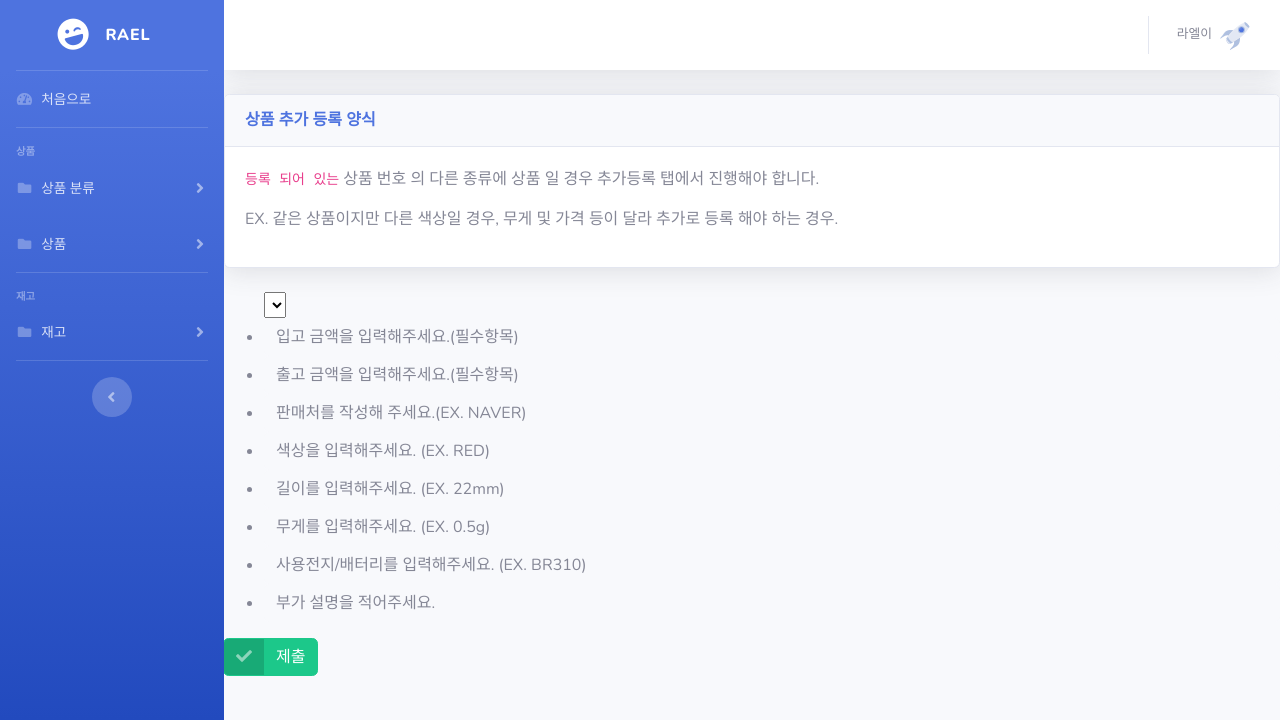
Repository: sww232/springRaelProject
Page: http://localhost/rael/WEB-INF/views/product/product_insert_detail.jsp
An editor plug-in stored every save of this project. The page is shown before and after the next save, followed by the edit.
The browser window is 1280 px wide. The pictures show the whole page.
The page is served by Tomcat 9. Nobody is signed in. Other server files are loaded and not shown. The template is opened directly, without the code that normally fills it, so the values that code supplies are empty.

Above is the page before, as saved 2022-10-06 23:17:02.

### raelproject3/rael/src/main/webapp/WEB-INF/views/product/product_insert_detail.jsp
<%@ page language="java" contentType="text/html; charset=UTF-8" pageEncoding="UTF-8"%>
<%@ taglib uri="http://java.sun.com/jsp/jstl/core" prefix="c" %>
<%@ taglib prefix="sql" uri="http://java.sun.com/jsp/jstl/sql" %>
<%@ taglib prefix="fmt" uri="http://java.sun.com/jsp/jstl/fmt" %>
<!DOCTYPE html>
<html>
<head>
	    <meta name="viewport" content="width=device-width, initial-scale=1, shrink-to-fit=no">
	    <meta name="description" content="">
	    <meta name="author" content="">
	    <meta charset="UTF-8">
			<title>메인</title>

		<link href="/vendor/fontawesome-free/css/all.min.css" rel="stylesheet" type="text/css">
	    <link
	        href="https://fonts.googleapis.com/css?family=Nunito:200,200i,300,300i,400,400i,600,600i,700,700i,800,800i,900,900i"
	        rel="stylesheet">

	    <!-- Custom styles for this template -->
	    <link href="/css/sb-admin-2.min.css" rel="stylesheet">
	    <script src="/vendor/jquery/jquery.min.js"></script>
	    <script src="/vendor/bootstrap/js/bootstrap.bundle.min.js"></script>

	    <!-- Core plugin JavaScript-->
	    <script src="/vendor/jquery-easing/jquery.easing.min.js"></script>

	    <!-- Custom scripts for all pages-->
	    <script src="/js/sb-admin-2.min.js"></script>

	    <!-- Page level plugins -->
	    <script src="/vendor/datatables/jquery.dataTables.min.js"></script>
	    <script src="/vendor/datatables/dataTables.bootstrap4.min.js"></script>

	    <!-- Page level custom scripts -->
	    <script src="/js/demo/datatables-demo.js"></script>

	    <!-- Custom styles for this page -->
	    <link href="/vendor/datatables/dataTables.bootstrap4.min.css" rel="stylesheet">

	</head>
	<body id="page-top">
	<form>
		<div class="modal fade" id="moaModal1" tabindex="-1" role="dialog" aria-labelledby="exampleModalLabel" aria-hidden="true">

			<div class="modal-dialog" role="document">
				<div class="modal-content">
					<div class="modal-header">
						<h5 class="modal-title" id="exampleModalLabel">상품 등록을 위한 카테고리 선택</h5>
						<button class="close" type="button" data-dismiss="modal" aria-label="Close">
							<span aria-hidden="true">x</span>
						</button>
						</div>
						<div class="modal-body">
							<select name="categoryBox1" id="categoryBox1">
								<option value="defaultValue" selected></option>
								<c:forEach var="list" items="${categorynums}">
									<option value="${list}">
										${list}
									</option>
								</c:forEach>
							</select>
						</div>
					<div class="modal-footer">
						<button class="btn btn-primary" type="button" data-dismiss="modal">Cancel</button>
						<button class="btn btn-primary" type="submit" formaction="/product/product_insert">Choice</button>
					</div>
				</div>
			</div>
		</div>
		<div class="modal fade" id="moaModal2" tabindex="-1" role="dialog" aria-labelledby="exampleModalLabel" aria-hidden="true">

			<div class="modal-dialog" role="document">
				<div class="modal-content">
					<div class="modal-header">
						<h5 class="modal-title" id="exampleModalLabel">상품 추가 등록을 위한 카테고리 선택</h5>
						<button class="close" type="button" data-dismiss="modal" aria-label="Close">
							<span aria-hidden="true">x</span>
						</button>
						</div>
						<div class="modal-body">
							<select name="categoryBox2" id="categoryBox2">
								<option value="defaultValue" selected></option>
								<c:forEach var="list" items="${categorynums}">
									<option value="${list}">
										${list}
									</option>
								</c:forEach>
							</select>
						</div>
					<div class="modal-footer">
						<button class="btn btn-primary" type="button" data-dismiss="modal">Cancel</button>
						<button class="btn btn-primary" type="submit" formaction="/product/product_insert_detail">Choice</button>
					</div>
				</div>
			</div>
		</div>
		<div class="modal fade" id="moaModal3" tabindex="-1" role="dialog" aria-labelledby="exampleModalLabel" aria-hidden="true">

			<div class="modal-dialog" role="document">
				<div class="modal-content">
					<div class="modal-header">
						<h5 class="modal-title" id="exampleModalLabel">상품명/상세정보 수정을 위한 카테고리 선택</h5>
						<button class="close" type="button" data-dismiss="modal" aria-label="Close">
							<span aria-hidden="true">x</span>
						</button>
						</div>
						<div class="modal-body">
							<select name="categoryBox3" id="categoryBox3">
								<option value="defaultValue" selected></option>
								<c:forEach var="list" items="${categorynums}">
									<option value="${list}">
										${list}
									</option>
								</c:forEach>
							</select>
						</div>
					<div class="modal-footer">
						<button class="btn btn-primary" type="button" data-dismiss="modal">Cancel</button>
						<button class="btn btn-primary" type="submit" formaction="/product/product_update">Choice</button>
					</div>
				</div>
			</div>
		</div>
	</form>
	<div id="wrapper">
		 <ul class="navbar-nav bg-gradient-primary sidebar sidebar-dark accordion" id="accordionSidebar">

            <!-- Sidebar - Brand -->
            <a class="sidebar-brand d-flex align-items-center justify-content-center" href="/">
                <div class="sidebar-brand-icon rotate-n-15">
                    <i class="fas fa-laugh-wink"></i>
                </div>
                <div class="sidebar-brand-text mx-3">RAEL</div>
            </a>

            <!-- Divider -->
            <hr class="sidebar-divider my-0">

            <!-- Nav Item - Dashboard -->
            <li class="nav-item">
                <a class="nav-link" href="/">
                    <i class="fas fa-fw fa-tachometer-alt"></i>
                    <span>처음으로</span></a>
            </li>

            <!-- Divider -->
            <hr class="sidebar-divider">

            <!-- Heading -->
            <div class="sidebar-heading">
                상품
            </div>

            <!-- Nav Item - Pages Collapse Menu -->
            <li class="nav-item">
                <a class="nav-link collapsed" href="#" data-toggle="collapse" data-target="#collapseTwo"
                    aria-expanded="true" aria-controls="collapseTwo">
                    <i class="fas fa-fw fa-folder"></i>
                    <span>상품 분류</span>
                </a>
                <div id="collapseTwo" class="collapse" aria-labelledby="headingTwo" data-parent="#accordionSidebar">
                    <div class="bg-white py-2 collapse-inner rounded">
                        <h6 class="collapse-header">상풍 분류 탭</h6>
                        <a class="collapse-item" href="/product/category_select?page=1&recordSize=10&pageSize=10">상품 분류 조회</a>
                        <a class="collapse-item" href="/product/category_insert?insertresult=0">상품 분류 등록</a>
                        <a class="collapse-item" href="/product/category_update">상품 분류 수정</a>
                    </div>
                </div>
            </li>

            <!-- Nav Item - Utilities Collapse Menu -->
            <li class="nav-item">
                <a class="nav-link collapsed" href="#" data-toggle="collapse" data-target="#collapseUtilities"
                    aria-expanded="true" aria-controls="collapseUtilities">
                    <i class="fas fa-fw fa-folder"></i>
                    <span>상품</span>
                </a>
                <div id="collapseUtilities" class="collapse" aria-labelledby="headingUtilities"
                    data-parent="#accordionSidebar">
                    <div class="bg-white py-2 collapse-inner rounded">
                        <h6 class="collapse-header">상품 탭</h6>
                        <a class="collapse-item" href="/product/all_select?page=1&recordSize=10&pageSize=10">상품 조회</a>
                        <a class="collapse-item" href="#" data-toggle="modal" data-target="#moaModal1">
							<i class="fas fa-arrow-right"></i>상품 등록
						</a>
						<a class="collapse-item" href="#" data-toggle="modal" data-target="#moaModal2">
							<i class="fas fa-arrow-right"></i>상품 추가 등록
						</a>
						<a class="collapse-item" href="#" data-toggle="modal" data-target="#moaModal3">
							<i class="fas fa-arrow-right"></i>상품명/상세정보 수정
						</a>
                    </div>
                </div>
            </li>

            <!-- Divider -->
            <hr class="sidebar-divider">

            <!-- Heading -->
            <div class="sidebar-heading">
                재고
            </div>

            <!-- Nav Item - Pages Collapse Menu -->
            <li class="nav-item">
                <a class="nav-link collapsed" href="#" data-toggle="collapse" data-target="#collapsePages"
                    aria-expanded="true" aria-controls="collapsePages">
                    <i class="fas fa-fw fa-folder"></i>
                    <span>재고</span>
                </a>
                <div id="collapsePages" class="collapse" aria-labelledby="headingPages" data-parent="#accordionSidebar">
                    <div class="bg-white py-2 collapse-inner rounded">
                        <h6 class="collapse-header">재고</h6>
                        <a class="collapse-item" href="/stock/stock_select?page=1&recordSize=10&pageSize=10">재고 조회 및 입/출고</a>
                        <div class="collapse-divider"></div>
                        <h6 class="collapse-header">재고 입/출고</h6>
                        <a class="collapse-item" href="/stock/stock_history?page=1&recordSize=10&pageSize=10">내역</a>
                        <a class="collapse-item" href="/stock/stock_history_cancel?page=1&recordSize=10&pageSize=10">취소</a>
                    </div>
                </div>
            </li>

            <!-- Divider -->
            <hr class="sidebar-divider d-none d-md-block">

            <!-- Sidebar Toggler (Sidebar) -->
            <div class="text-center d-none d-md-inline">
                <button class="rounded-circle border-0" id="sidebarToggle"></button>
            </div>

        </ul>

        <!-- End of Sidebar -->

        <!-- Content Wrapper -->
        <div id="content-wrapper" class="d-flex flex-column">

            <!-- Main Content -->
            <div id="content">

                <!-- Topbar -->
                <nav class="navbar navbar-expand navbar-light bg-white topbar mb-4 static-top shadow">

                    <!-- Sidebar Toggle (Topbar) -->
                    <form class="form-inline">
                        <button id="sidebarToggleTop" class="btn btn-link d-md-none rounded-circle mr-3">
                            <i class="fa fa-bars"></i>
                        </button>
                    </form>

                    <!-- Topbar Search
                    <form
                        class="d-none d-sm-inline-block form-inline mr-auto ml-md-3 my-2 my-md-0 mw-100 navbar-search">
                        <div class="input-group">
                            <input type="text" class="form-control bg-light border-0 small" placeholder="Search for..."
                                aria-label="Search" aria-describedby="basic-addon2">
                            <div class="input-group-append">
                                <button class="btn btn-primary" type="button">
                                    <i class="fas fa-search fa-sm"></i>
                                </button>
                            </div>
                        </div>
                    </form>
					-->
                    <!-- Topbar Navbar -->
                    <ul class="navbar-nav ml-auto">

                        <!-- Nav Item - Search Dropdown (Visible Only XS) -->
                        <li class="nav-item dropdown no-arrow d-sm-none">
                            <a class="nav-link dropdown-toggle" href="#" id="searchDropdown" role="button"
                                data-toggle="dropdown" aria-haspopup="true" aria-expanded="false">
                                <i class="fas fa-search fa-fw"></i>
                            </a>
                            <!-- Dropdown - Messages -->
                            <div class="dropdown-menu dropdown-menu-right p-3 shadow animated--grow-in"
                                aria-labelledby="searchDropdown">
                                <form class="form-inline mr-auto w-100 navbar-search">
                                    <div class="input-group">
                                        <input type="text" class="form-control bg-light border-0 small"
                                            placeholder="Search for..." aria-label="Search"
                                            aria-describedby="basic-addon2">
                                        <div class="input-group-append">
                                            <button class="btn btn-primary" type="button">
                                                <i class="fas fa-search fa-sm"></i>
                                            </button>
                                        </div>
                                    </div>
                                </form>
                            </div>
                        </li>
                        <div class="topbar-divider d-none d-sm-block"></div>

                        <!-- Nav Item - User Information -->
                        <li class="nav-item dropdown no-arrow">
                            <a class="nav-link dropdown-toggle" href="#" id="userDropdown" role="button"
                                data-toggle="dropdown" aria-haspopup="true" aria-expanded="false">
                                <span class="mr-2 d-none d-lg-inline text-gray-600 small">라엘이</span>
                                <img class="img-profile rounded-circle"
                                    src="img/undraw_rocket.svg">
                            </a>
                            <!-- Dropdown - User Information -->
                            <div class="dropdown-menu dropdown-menu-right shadow animated--grow-in"
                                aria-labelledby="userDropdown">
                                <div class="dropdown-divider"></div>
                                <a class="dropdown-item" href="#" data-toggle="modal" data-target="#logoutModal">
                                    <i class="fas fa-sign-out-alt fa-sm fa-fw mr-2 text-gray-400"></i>
                                    Logout
                                </a>
                            </div>
                        </li>

                    </ul>

                </nav>
    	<!-- End of Topbar -->
    		<div class="card shadow mb-4">
				<div class="card-header py-3 d-flex flex-row align-items-center justify-content-between">
					<h6 class="m-0 font-weight-bold text-primary">상품 추가 등록 양식</h6>
				</div>
				<div class="card-body">
					<p>
						<code>등록 되어 있는</code> 상품 번호 의 다른 종류에 상품 일 경우 추가등록 탭에서 진행해야 합니다.
					</p>
					<p>
						EX. 같은 상품이지만 다른 색상일 경우, 무게 및 가격 등이 달라 추가로 등록 해야 하는 경우.
					</p>
				</div>
			</div>
			<form method="POST" action="/product/product_insert_detail/INSERT">
				<ul>
						<div class="input-group">
							<select name="productBox" id="productBox">
								<option value="defaultValue" selected></option>
								<c:forEach var="list" items="${productdatas}">
									<option value="${list}">
										${list}
									</option>
								</c:forEach>
							</select>
						</div>
					<li>
						<div class="input-group">
							<input type="number" class="form-control bg-light border-0 small"name="product inbound price" placeholder="입고 금액을 입력해주세요.(필수항목)">
						</div>
					</li>
					<li>
						<div class="input-group">
							<input type="number" class="form-control bg-light border-0 small"name="product outbound price" placeholder="출고 금액을 입력해주세요.(필수항목)">
						</div>
					</li>
					<li>
						<div class="input-group">
							<input type="text" class="form-control bg-light border-0 small" value=""name="product vendor" placeholder="판매처를 작성해 주세요.(EX. NAVER)">
						</div>
					</li>
					<li>
						<div class="input-group">
							<input type="text" class="form-control bg-light border-0 small"value="" name="product vendor" placeholder="색상을 입력해주세요. (EX. RED)">
						</div>
					</li>
					<li>
						<div class="input-group">
							<input type="text" class="form-control bg-light border-0 small" value=""name="product length" placeholder="길이를 입력해주세요. (EX. 22mm)">
						</div>
					</li>
					<li>
						<div class="input-group">
							<input type="text" class="form-control bg-light border-0 small"value="" name="product weight" placeholder="무게를 입력해주세요. (EX. 0.5g)">
						</div>
					</li>
					<li>
						<div class="input-group">
							<input type="text" class="form-control bg-light border-0 small" value="" name="product battery" placeholder="사용전지/배터리를 입력해주세요. (EX. BR310)">
						</div>
					</li>
					<li>
						<div class="input-group">
							<input type="text" class="form-control bg-light border-0 small" value="" name="product description" placeholder="부가 설명을 적어주세요.">
						</div>
					</li>

				</ul>
				<div class="input-group-append">
					<button type="submit" class="btn btn-success btn-icon-split">
						<span class="icon text-white-50">
							<i class="fas fa-check"></i>
						</span>
						<span class="text">제출</span>
					</button>
				</div>
			</form>
    	</div>
	</div>
	<c:if test="${insertresult == 1}">
		<script type="text/javascript">
			alert("성공적으로 등록 하였습니다.");
		</script>
		<c:out value='성공적으로 등록 하였습니다.'>성공</c:out>
	</c:if>
</body>
</html>

### raelproject3/rael/src/main/resources/static/img/undraw_rocket.svg
<?xml version="1.0" encoding="utf-8"?>
<!-- Generator: Adobe Illustrator 25.0.0, SVG Export Plug-In . SVG Version: 6.00 Build 0)  -->
<svg version="1.1" id="b759170a-51c3-4e2f-999d-77dec9fd6d11"
	 xmlns="http://www.w3.org/2000/svg" xmlns:xlink="http://www.w3.org/1999/xlink" x="0px" y="0px" viewBox="0 0 650.9 610.5"
	 style="enable-background:new 0 0 650.9 610.5;" xml:space="preserve">
<style type="text/css">
	.st0{fill:#AFC0E0;}
	.st1{opacity:0.2;fill:#FFFFFF;enable-background:new    ;}
	.st2{opacity:0.1;enable-background:new    ;}
	.st3{fill:#E3E8F4;}
	.st4{fill:#4E73DF;}
</style>
<path class="st0" d="M174,321c-2-1.6-4.2-3-6.6-4.2c-51.8-26.2-157,67.8-157,67.8L0,372.7c0,0,42.1-43.8,92.4-117.3
	c45.2-66.1,150.7-51.8,171.4-48.3c2.3,0.4,3.6,0.7,3.6,0.7C298.7,288.3,174,321,174,321z"/>
<path class="st1" d="M269.4,213.9c-0.6-2-1.3-4-2-6c0,0-1.2-0.2-3.6-0.7c-20.7-3.5-126.2-17.8-171.4,48.3C42.1,329,0,372.7,0,372.7
	l5.9,6.7c0,0,42.1-43.8,92.4-117.3C143.3,196.3,248,210.2,269.4,213.9z"/>
<path class="st0" d="M337.7,533.4c-79.2,40.8-127.8,77.1-127.8,77.1l-10.5-11.9c0,0,111.1-96.8,85.3-150.9c-0.5-1.2-1.2-2.3-1.9-3.4
	c0,0,47.9-119.6,123.9-78.5c0,0,0.1,1,0.2,2.9C407.8,387.8,409.7,496.3,337.7,533.4z"/>
<path class="st2" d="M174,321c-2-1.6-4.2-3-6.6-4.2c29.3-38.9,61.5-75.5,96.3-109.7c2.3,0.4,3.6,0.7,3.6,0.7
	C298.7,288.3,174,321,174,321z"/>
<path class="st2" d="M406.9,368.6c-38.6,29.6-79.4,56.1-122.3,79.1c-0.5-1.2-1.2-2.3-1.9-3.4c0,0,47.9-119.6,123.9-78.5
	C406.7,365.7,406.8,366.7,406.9,368.6z"/>
<path class="st3" d="M263.6,455.5c-20.3,10.4-41.6,20.5-64,30.2c-33.6,14.6-51.5-2.2-80.7-91.5c0,0,12.5-22.5,37.2-57
	c54.3-75.8,167.5-209.1,336.1-286.7C542.7,27.1,596.1,10.1,650.9,0c0,0-9.1,68.8-62,160.1S439.1,365.3,263.6,455.5z"/>
<circle class="st0" cx="435.6" cy="199.7" r="71.6"/>
<path class="st4" d="M469.2,237.9c-21,18.6-53.1,16.6-71.7-4.5c-7.8-8.8-12.2-20-12.7-31.8c-0.2-4.7,0.3-9.4,1.4-14
	c0.5-2,1.1-4.1,1.9-6c2.9-7.7,7.7-14.5,13.8-19.9c0.3-0.3,0.6-0.5,0.9-0.8c17.1-14.4,41.5-15.9,60.3-3.8c3.5,2.3,6.7,4.9,9.5,7.9
	l1,1.1C492.2,187.2,490.2,219.3,469.2,237.9C469.2,237.8,469.2,237.9,469.2,237.9z"/>
<path class="st0" d="M588.9,160.1c-83-35.2-96.8-109.6-96.8-109.6C542.7,27,596.1,10.1,650.9,0C650.9,0,641.8,68.8,588.9,160.1z"/>
<path class="st0" d="M263.6,455.5c-13.7,7.1-27.9,13.9-42.6,20.7c-7,3.2-14.1,6.4-21.4,9.5c-10.9,4.7-51.5-2.2-80.7-91.5
	c0,0,4.1-7.3,12.1-20c6.1-9.6,14.5-22.2,25.1-37c0,0,11,33.2,41.1,67.3C215.8,425.7,238.4,443,263.6,455.5z"/>
<path class="st3" d="M221,476.2c-7,3.2-14.1,6.4-21.4,9.5c-10.9,4.7-51.5-2.2-80.7-91.5c0,0,4.1-7.3,12.1-20
	C131,374.2,170.2,456.9,221,476.2z"/>
<path class="st1" d="M463.2,157l-0.1,0l-60.1,3.9c-0.3,0.3-0.6,0.5-0.9,0.8c-6.2,5.4-10.9,12.3-13.8,19.9l84.5-16.6L463.2,157z"/>
<path class="st1" d="M438.8,194.3l-53.9,7.3c-0.2-4.7,0.3-9.4,1.4-14l52.8,1.4L438.8,194.3z"/>
<path class="st1" d="M131.7,408.7c0,0,12.5-22.5,37.2-57C223.2,276,336.4,142.7,504.9,65c45.6-21.1,93.3-36.9,142.5-47.3
	C650.1,6.4,650.9,0,650.9,0c-54.8,10.1-108.2,27-158.7,50.5c-168.6,77.7-281.8,211-336.1,286.7c-24.7,34.4-37.2,57-37.2,57
	c11.5,35.3,26.6,57,40.5,70.3C149.4,451.4,139.7,433.3,131.7,408.7z"/>
</svg>

Loaded but not shown: raelproject3/rael/src/main/resources/static/css/sb-admin-2.min.css (library); raelproject3/rael/src/main/resources/static/js/sb-admin-2.min.js (common file); raelproject3/rael/src/main/resources/static/js/demo/datatables-demo.js (common file)

After the next save:
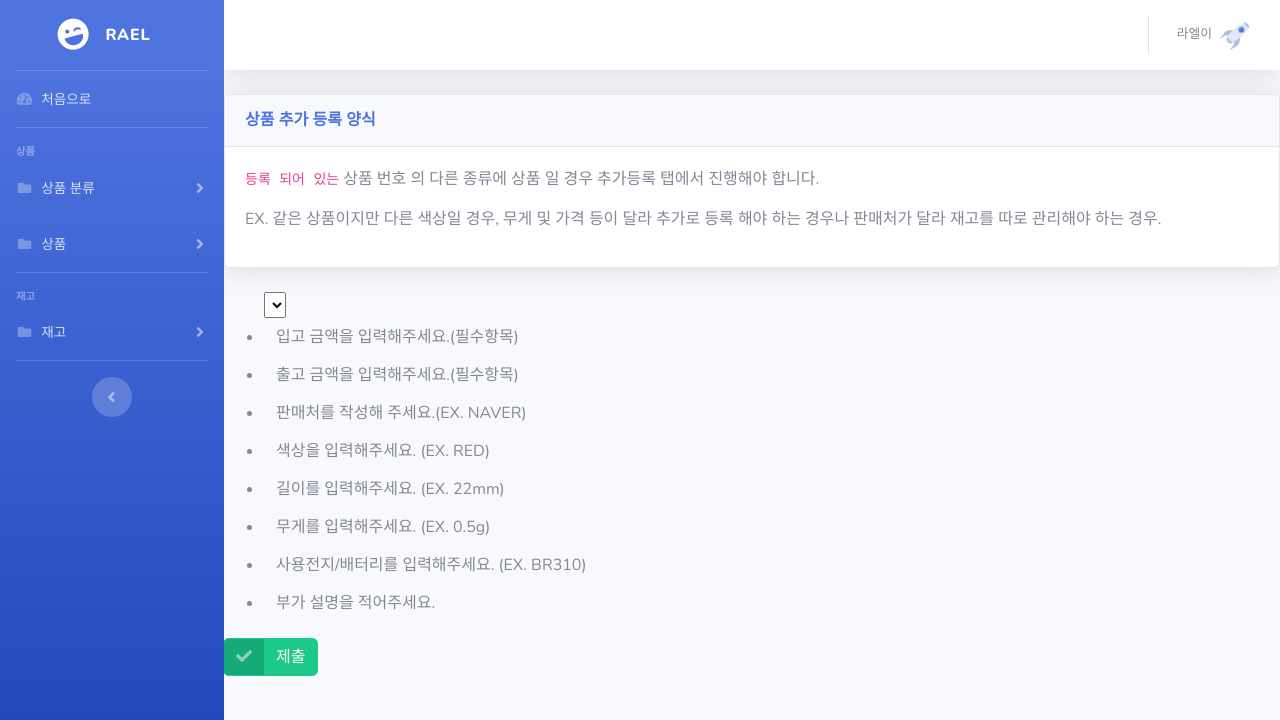
Saved 101 s later.
--- a/raelproject3/rael/src/main/webapp/WEB-INF/views/product/product_insert_detail.jsp
+++ b/raelproject3/rael/src/main/webapp/WEB-INF/views/product/product_insert_detail.jsp
@@ -322,7 +322,7 @@
 						<code>등록 되어 있는</code> 상품 번호 의 다른 종류에 상품 일 경우 추가등록 탭에서 진행해야 합니다.
 					</p>
 					<p>
-						EX. 같은 상품이지만 다른 색상일 경우, 무게 및 가격 등이 달라 추가로 등록 해야 하는 경우.
+						EX. 같은 상품이지만 다른 색상일 경우, 무게 및 가격 등이 달라 추가로 등록 해야 하는 경우나 판매처가 달라 재고를 따로 관리해야 하는 경우.
 					</p>
 				</div>
 			</div>
